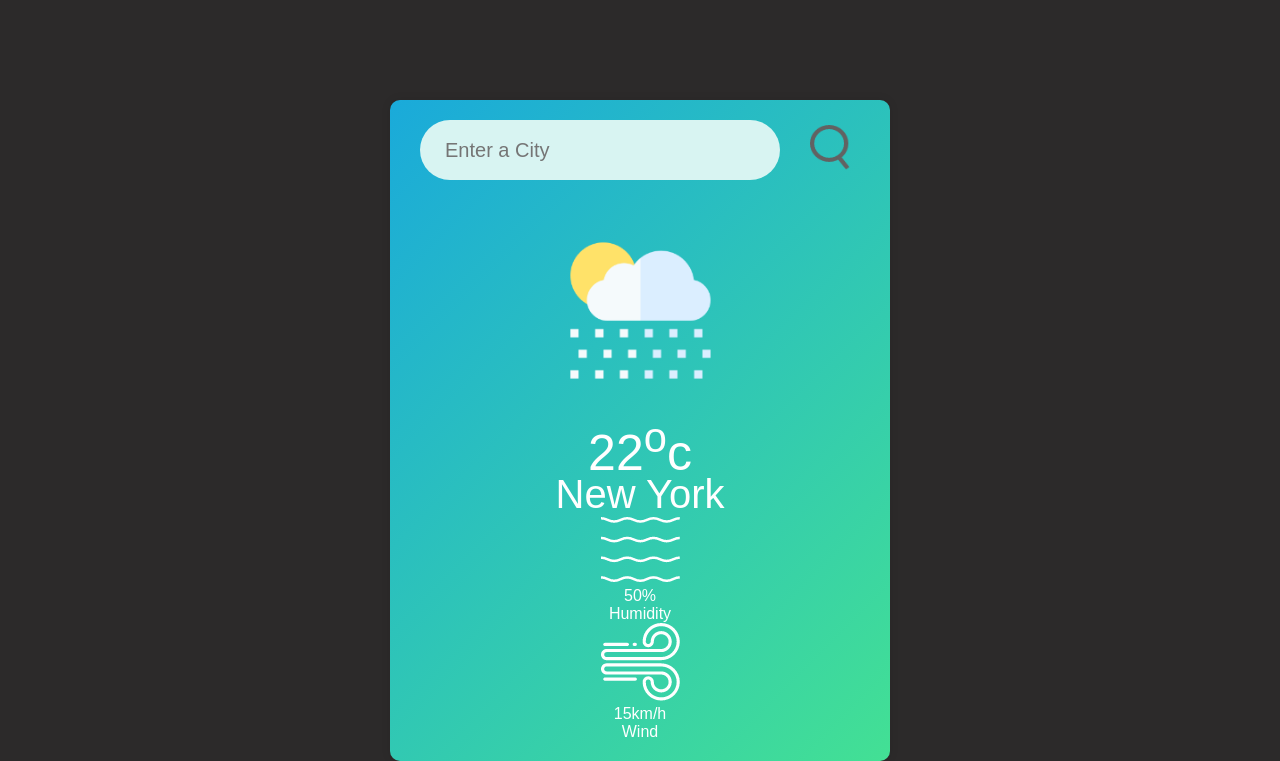
Repository: Haakim19/weatherApp
Page: index.html
The author's editor kept a copy of each file at every save. The page is drawn from the files as they stood at one save, then again after the next save.
The browser window is 1280 px wide. The pictures show the whole page.

Above is the page before, as saved 2024-11-16 21:40:34.

After the next save:
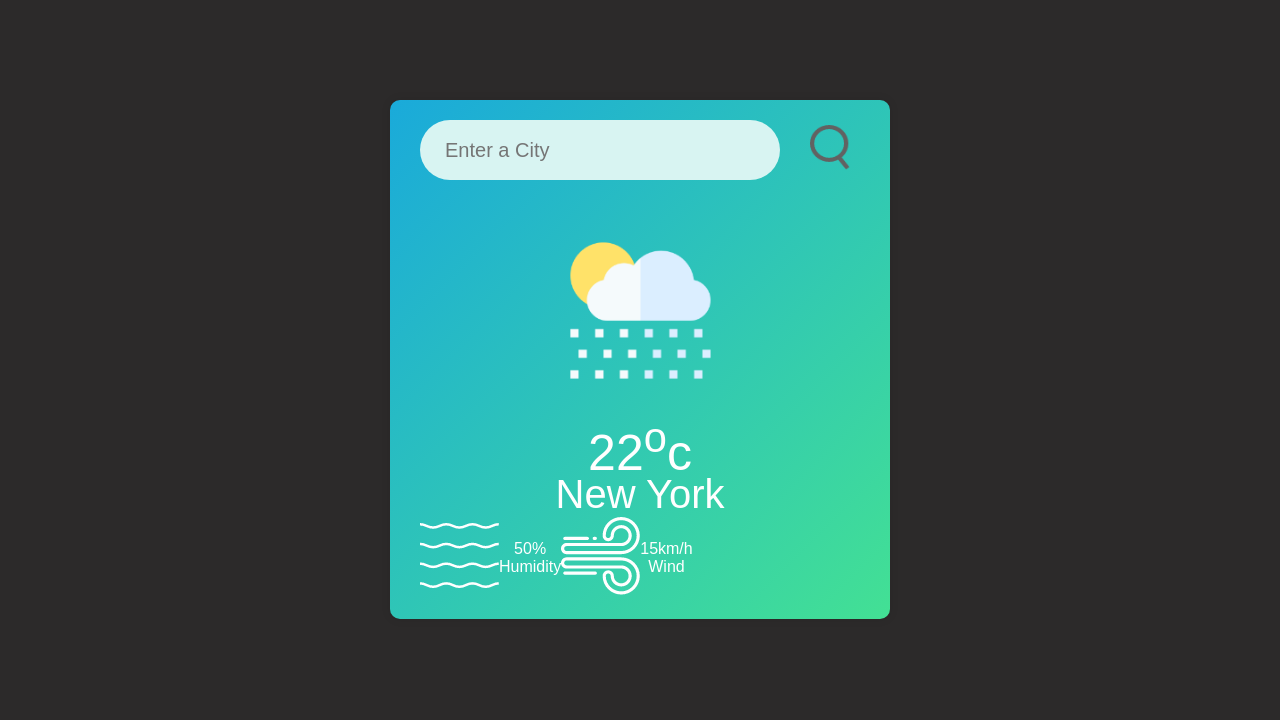
Saved 22 s later.
--- a/style.css
+++ b/style.css
@@ -65,8 +65,8 @@ body{
     font-weight: 500;
     margin-top: -10px;
 }
-.details [
+.details {
     display: flex;
     align-items: center;
 
-]
+}
